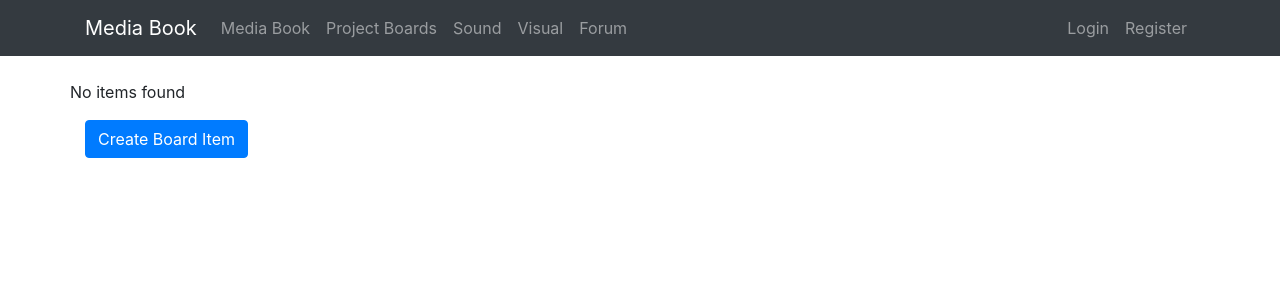
Repository: NateClarkTech/Software-Engineering-3
Page: IdeaBoards/templates/boarddetail.html
These files come from the project's save history. The page is drawn as it stood at one moment and after the next save; the edit follows.
The browser window is 1280 px wide. The pictures show the whole page.
Some web libraries are served in a nearby version. The page is served by the project's application, run on Django 5.2 (manage.py). Other server files are loaded and not shown. The template is opened directly, without the code that normally fills it, so the values that code supplies are empty.

Above is the page before, as saved 2024-04-12 18:53:01.

### IdeaBoards/templates/boarddetail.html
{% extends 'base.html' %}

{% load static %}

{% block title %}{% endblock %}

{% block content %}
<!-- Source: https://getbootstrap.com/docs/5.3/components/modal/ -->
<!-- Modal -->
<div class="modal fade" id="createBoardItem" tabindex="-1" role="dialog" aria-labelledby="CreateItemModalLabel" aria-hidden="true">
    <div class="modal-dialog" role="document">
      <div class="modal-content">
        <form id="addItemForm">
            <div class="modal-header">
            <h5 class="modal-title" id="CreateItemModalLabel">Create New Item</h5>
            <button type="button" class="close" data-dismiss="modal" aria-label="Close">
                <span aria-hidden="true">&times;</span>
            </button>
            </div>
            <div class="modal-body">
                <div class="form-group">
                    <label for="title">Title</label>
                    <input type="text" class="form-control" id="title" name="title">
                </div>
                <div class="form-group">
                    <label for="description">Description</label>
                    <input type="text" class="form-control" id="description" name="description">
                </div>
            </div>
            <div class="modal-footer">
              <button type="button" class="btn btn-secondary" data-dismiss="modal">Close</button>
              <button type="submit" class="btn btn-primary">Add Item</button>
            </div>
        </form>
      </div>
    </div>
  </div>


    <div>
        <h1>{{ board.title }}</h1>
        <p>{{ board.description }}</p>
    </div>

    <div id='boardItems' class='row'>
        {% if items %}
            {% for item in items %}
            <div class="card">
                <div class="card-body">
                    <h2 class='card-title'>{{ item.title }}</h2>
                    <p class='card-description'>{{ item.description }}</p>
                </div>
            </div>
            {% endfor %}
        {% else %}
        <div id='no-items-found'>
            <p>No items found</p>
        </div>
        {% endif %}
        <!-- Button trigger modal -->
    </div>
    <button type="button" class="btn btn-primary" data-toggle="modal" data-target="#createBoardItem">
        Create Board Item
    </button>{% endblock %}

{% block scripts %}
    <script src="{% static 'IdeaBoards/boarddetails.js' %}"></script>
{% endblock %}

### MediaBook/templates/base.html
<!DOCTYPE html>
<html lang="en">
<head>
    <meta charset="UTF-8">
    <meta name="viewport" content="width=device-width, initial-scale=1, shrink-to-fit=no">
    <title>{% block title %}{% endblock %}</title>
    <link rel="stylesheet" href="https://stackpath.bootstrapcdn.com/bootstrap/4.5.2/css/bootstrap.min.css">
    <!-- Add custom stylesheets here -->
    {% block stylesheets %}{% endblock %}
</head>
<body>
    <!-- Navbar -->
    {% include 'navbar.html' %}

    <!-- Main content -->
    <div class="container mt-4">
        {% block content %}{% endblock %}
    </div>

    <script src="https://code.jquery.com/jquery-3.5.1.slim.min.js"></script>
    <script src="https://cdn.jsdelivr.net/npm/@popperjs/core@2.5.4/dist/umd/popper.min.js"></script>
    <script src="https://stackpath.bootstrapcdn.com/bootstrap/4.5.2/js/bootstrap.min.js"></script>
    <!-- Add custom scripts here -->
    {% block scripts %}{% endblock %}
</body>
</html>

### MediaBook/templates/navbar.html
<nav class="navbar navbar-expand-lg navbar-dark bg-dark">
    <div class="container">
        <a class="navbar-brand" href="{% url 'home' %}">Media Book</a>
        <button class="navbar-toggler" type="button" data-toggle="collapse" data-target="#navbarNavAltMarkup" aria-controls="navbarNavAltMarkup" aria-expanded="false" aria-label="Toggle navigation">
            <span class="navbar-toggler-icon"></span>
        </button>
        <div class="collapse navbar-collapse" id="navbarNavAltMarkup">
            <ul class="navbar-nav mr-auto">
                <li class="nav-item">
                    <a class="nav-link" href="{% url 'home' %}">Media Book</a>
                </li>
                <li class="nav-item">
                    <a class="nav-link" href="#">Project Boards</a> <!-- Placeholder href -->
                </li>
                <li class="nav-item">
                    <a class="nav-link" href="#">Sound</a> <!-- Placeholder href -->
                </li>
                <li class="nav-item">
                    <a class="nav-link" href="#">Visual</a> <!-- Placeholder href -->
                </li>
                <li class="nav-item">
                    <a class="nav-link" href="{% url 'forum_home' %}">Forum</a>
                </li>
            </ul>
            <ul class="navbar-nav ml-auto">
                {% if user.is_authenticated %}
                <li class="nav-item dropdown">
                    <a class="nav-link dropdown-toggle" href="#" id="notificationsDropdown" role="button" data-toggle="dropdown" aria-haspopup="true" aria-expanded="false">
                        <i class="fas fa-bell"></i>
                        {% if global_notifications.count %}
                            <span class="badge badge-danger">{{ global_notifications.count }}</span>
                        {% endif %}
                    </a>
                    <div class="dropdown-menu dropdown-menu-right" aria-labelledby="notificationsDropdown">
                        {% for notification in global_notifications|slice:":5" %}
                            <a class="dropdown-item" href={% url 'thread_detail' notification.thread.id %}>
                                {{ notification.get_notification_type_display }} - {{ notification.date }}
                            </a>
                        {% empty %}
                            <a class="dropdown-item" href="#">No new notifications</a>
                        {% endfor %}
                        <div class="dropdown-divider"></div>
                        <a class="dropdown-item text-center" href="{% url 'notifications' %}">See all notifications</a>
                    </div>
                </li>
                    <li class="nav-item dropdown">
                        <a class="nav-link dropdown-toggle" href="#" id="navbarDropdownMenuLink" role="button" data-toggle="dropdown" aria-haspopup="true" aria-expanded="false">
                            Profile
                        </a>
                        <div class="dropdown-menu" aria-labelledby="navbarDropdownMenuLink">
                            <!-- Add additional profile-related links here -->
                            <a class="dropdown-item" href="{% url 'logout' %}">Logout</a>
                        </div>
                    </li>
                {% else %}
                    <li class="nav-item">
                        <a class="nav-link" href="{% url 'login' %}">Login</a>
                    </li>
                    <li class="nav-item">
                        <a class="nav-link" href="{% url 'register' %}">Register</a>
                    </li>
                {% endif %}
            </ul>
        </div>
    </div>
</nav>

### MediaBook/urls.py
"""
URL configuration for MediaBook project.

The `urlpatterns` list routes URLs to views. For more information please see:
    https://docs.djangoproject.com/en/5.0/topics/http/urls/
Examples:
Function views
    1. Add an import:  from my_app import views
    2. Add a URL to urlpatterns:  path('', views.home, name='home')
Class-based views
    1. Add an import:  from other_app.views import Home
    2. Add a URL to urlpatterns:  path('', Home.as_view(), name='home')
Including another URLconf
    1. Import the include() function: from django.urls import include, path
    2. Add a URL to urlpatterns:  path('blog/', include('blog.urls'))
"""
from django.contrib import admin
from django.urls import path, include
from django.contrib.auth import views as auth_views
from django.conf.urls.static import static
from django.conf import settings
from . import views

urlpatterns = [
    path('admin/', admin.site.urls),
    path('login/', auth_views.LoginView.as_view(template_name='registration/login.html'), name='login'),
    path('logout/', views.logout_view, name='logout'),
    path('register/', views.register, name='register'),
    path('forum/', include('Forum.urls')),
    path('boards/', include('IdeaBoards.urls')),
    path('profile/', include('ProfileApp.urls')),
    path('' , views.home, name='home'),
    ] + static(settings.MEDIA_URL, document_root=settings.MEDIA_ROOT)

### Forum/urls.py
from django.urls import path
from . import views

urlpatterns = [
    path('', views.forum_home, name='forum_home'),
    path('page/create_thread/<int:page_id>', views.create_thread, name='create_thread'),
    path('create_page/', views.create_page, name='create_page'),
    path('thread/<int:thread_id>/', views.thread_detail, name='thread_detail'),
    path('thread_list/<int:page_id>/', views.thread_list, name='thread_list'),
    path('thread/<int:thread_id>/comment/', views.create_comment, name='create_comment'),
    path('thread/<int:comment_id>/edit_comment/', views.edit_comment, name='edit_comment'),
    path('thread/<int:comment_id>/delete_comment/', views.delete_comment, name='delete_comment'),
    path('thread/<int:comment_id>/like_comment/', views.like_comment, name='like_comment'),
    path('notifications/', views.notifications_page, name='notifications'),
    path('thread/<int:thread_id>/reply-to-comment/<int:parent_comment_id>/', views.reply_to_comment, name='reply_to_comment'),

    # Add other URLs
]

### IdeaBoards/urls.py
from django.contrib import admin
from django.urls import path, include
from django.contrib.auth import views as auth_views
from . import views

urlpatterns = [
    path('', views.IdeaBoards_Home, name='IdeaBoards_Home'),
    path('createboard/', views.IdeaBoards_Create, name='IdeaBoards_Create'),
    path('<int:id>/', views.IdeaBoard_Detail, name='IdeaBoard_Detail'),
    ]

### ProfileApp/urls.py

from django.urls import path
from . import views
from django.conf import settings
from django.conf.urls.static import static
from django.contrib.auth import views as auth_views
# Got a lot of help from herehttps://www.reddit.com/r/django/comments/hfh1qc/namespace_is_not_a_registered_namespace/
# https://forum.djangoproject.com/t/django-urls-exceptions-noreversematch-is-not-a-registered-namespace/1876/2
#https://forum.djangoproject.com/t/redirect-to-a-different-app/9086
# And GPT helped me fix everything

app_name = 'ProfileApp'

# Here we have the urls for the profile app
urlpatterns = [

    path('', views.profile, name='profile'),  # For the logged-in user's profile
    path('profile/', views.profile, name='profile'),  # For the logged-in user's profile
    path('profile/<str:username>/', views.public_profile, name='public_profile'),  # For viewing other users' profiles
    path('edit_profile/', views.edit_profile, name='edit_profile'),
    path('search/', views.search_profiles, name='search_profiles'),

    # link the media files
] + static(settings.MEDIA_URL, document_root=settings.MEDIA_ROOT)

### MediaBook/static/IdeaBoards/boarddetails.js
console.log('script loaded');

After the next save:
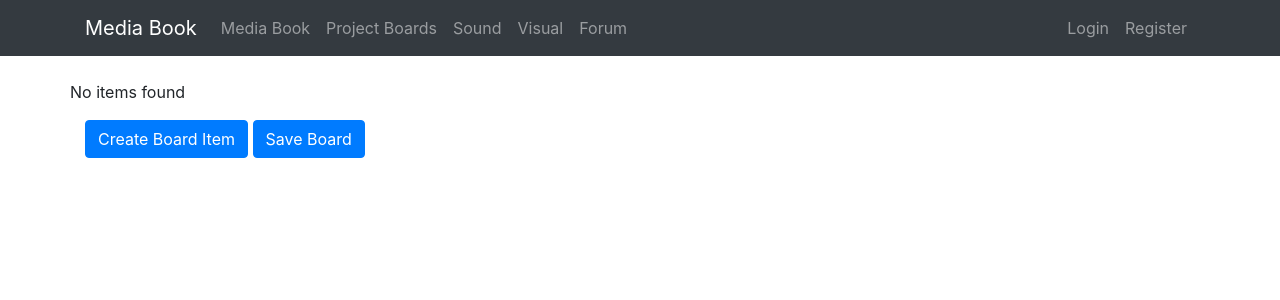
Saved 11 s later.
--- a/IdeaBoards/templates/boarddetail.html
+++ b/IdeaBoards/templates/boarddetail.html
@@ -61,7 +61,11 @@
     </div>
     <button type="button" class="btn btn-primary" data-toggle="modal" data-target="#createBoardItem">
         Create Board Item
-    </button>{% endblock %}
+    </button>
+    <button type="button" class="btn btn-primary" data-toggle="modal" data-target="#createBoardItem">
+        Save Board
+    </button>
+    {% endblock %}
 
 {% block scripts %}
     <script src="{% static 'IdeaBoards/boarddetails.js' %}"></script>
